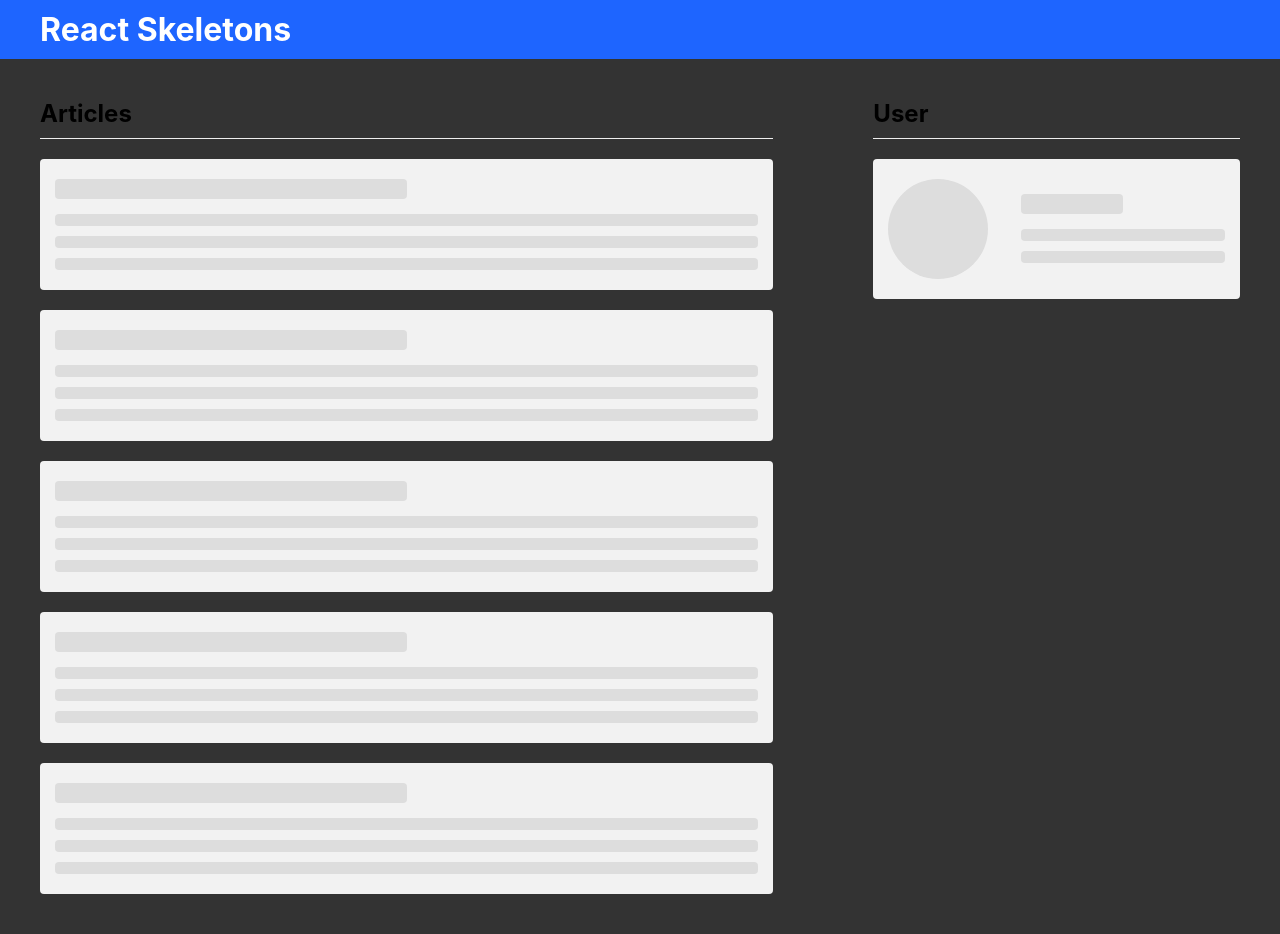
Repository: hwangstar156/React-skeleton-image
Page: /
The author's editor kept a copy of each file at every save. The page is drawn from the files as they stood at one save, then again after the next save.
The browser window is 1280 px wide. The pictures show the whole page.
The page's requests for data from a server got no answer. The project was rebuilt for these pictures with package versions that can differ from the ones it lists, and the page was loaded fresh each time. No one was signed in, and anything a server would have sent is missing.

Above is the page before, as saved 2021-10-02 02:12:41.

### src/index.css
body {
  margin: 0;
  font-family: -apple-system, BlinkMacSystemFont, 'Segoe UI', 'Roboto', 'Oxygen',
    'Ubuntu', 'Cantarell', 'Fira Sans', 'Droid Sans', 'Helvetica Neue',
    sans-serif;
  -webkit-font-smoothing: antialiased;
  -moz-osx-font-smoothing: grayscale;
}

code {
  font-family: source-code-pro, Menlo, Monaco, Consolas, 'Courier New',
    monospace;
}

header {
  background : #1e65ff;
  padding : 10px;
}

header h1 {
  color : white;
  max-width: 1200px;
  margin : 0 auto;
}

h2 {
  padding-bottom : 10px;
  border-bottom: 1px solid #eee;
}

.content {
  width : 100%;
  max-width: 1200px;
  margin: 0 auto;
  padding : 20px;
  display: grid;
  grid-template-columns: 2fr 1fr;
  gap : 100px;
}

### src/App.js
import React from "react";

import Articles from "./component/Article";
import User from "./component/User";
function App() {
  return (
    <div className="App">
      <header>
        <h1>React Skeletons</h1>
      </header>
      <div className="content">
        <Articles />
        <User />
      </div>
    </div>
  );
}

export default App;

### src/component/Article.js
import React, { useEffect, useState } from "react";
import SkeletonArticle from "../skeletons/Skeleton.articles";

const Articles = () => {
  const [articles, setArticles] = useState(null);

  useEffect(() => {
    setTimeout(async () => {
      const res = await fetch("https://jsonplaceholder.typicode.com/posts");
      const data = await res.json();
      setArticles(data);
    }, 5000);
  }, []);
  return (
    <div className="articles">
      <h2>Articles</h2>

      {articles &&
        articles.map((article) => (
          <div className="article" key={article.id}>
            <h3>{article.title}</h3>
            <p>{article.body}</p>
          </div>
        ))}
      {!articles && [1, 2, 3, 4, 5].map((n) => <SkeletonArticle key={n} />)}
    </div>
  );
};

export default Articles;

### src/component/User.js
import React, { useState, useEffect } from "react";
import SkeletonProfile from "../skeletons/skeleton.profile";

const User = () => {
  const [profile, setProfile] = useState(null);

  useEffect(() => {
    setTimeout(async () => {
      const res = await fetch("https://jsonplaceholder.typicode.com/users/1");
      const data = await res.json();
      setProfile(data);
    }, 5000);
  }, []);
  return (
    <div className="user">
      <h2>User</h2>
      {profile && (
        <div className="profile" key={profile.id}>
          <h3>{profile.username}</h3>
          <p>{profile.email}</p>
          <a href={profile.website}>{profile.website}</a>
        </div>
      )}

      {!profile && <SkeletonProfile />}
    </div>
  );
};

export default User;

### src/skeletons/Skeleton.articles.js
import React from "react";
import Shimmer from "./Shimmer";
import SkeletonElement from "./skeleton.element";

const SkeletonArticle = ({ theme }) => {
  const themeClass = theme || "light";
  return (
    <div className={`skeleton-wrapper ${themeClass}`}>
      <div className="skeleton-article">
        <SkeletonElement type="title" />
        <SkeletonElement type="text" />
        <SkeletonElement type="text" />
        <SkeletonElement type="text" />
      </div>
      <Shimmer />
    </div>
  );
};

export default SkeletonArticle;

### src/skeletons/skeleton.profile.js
import React from "react";
import SkeletonElement from "./skeleton.element";
const SkeletonProfile = ({ theme }) => {
  const themeClass = theme || "light";
  return (
    <div className={`skeleton-wrapper ${themeClass}`}>
      <div className="skeleton-profile">
        <div>
          <SkeletonElement type="avatar" />
        </div>
        <div>
          <SkeletonElement type="title" />
          <SkeletonElement type="text" />
          <SkeletonElement type="text" />
        </div>
      </div>
    </div>
  );
};

export default SkeletonProfile;

### src/skeletons/Shimmer.js
import React from "react";

const Shimmer = () => {
  return (
    <div className="shimmer-wrapper">
      <div className="shimmer"></div>
    </div>
  );
};

export default Shimmer;

### src/skeletons/skeleton.element.js
import React from "react";
import "./skeleton.css";
const SkeletonElement = ({ type }) => {
  const classes = `skeleton ${type}`;
  return <div className={classes}></div>;
};

export default SkeletonElement;

### src/skeletons/skeleton.css
/* basic styles */
body {
    background: #333;
}
.skeleton {
    background: #ddd;
    margin : 10px 0;
    border-radius: 4px;

}

.skeleton.text {
    width : 100%;
    height : 12px;
}

.skeleton.title {
    width: 50%;
    height: 20px;
    margin-bottom: 15px;
}

.skeleton.avatar{
    width: 100px;
    height: 100px;
    border-radius: 50%;
}

.skeleton.thumbnail {
    width: 100px;
    height : 100px;
}

.skeleton-wrapper {
    margin: 20px auto;
    padding : 10px 15px;
    border-radius: 4px;

    overflow: hidden;
    position: relative;
}

/* skeleton profile */

.skeleton-profile {
    display : grid;
    grid-template-columns: 1fr 2fr;
    gap : 30px;
    align-items: center;
}

.skeleton-wrapper.light {
    background: #f2f2f2;
}

.skeleton-wrapper.dark {
    background: #444;
}

.skeleton-wrapper.dark .skeleton {
    background: #777;
}

/* animation */

.shimmer-wrapper {
    position : absolute;
    top: 0;
    left : 0;
    width : 100%;
    height : 100%;
    animation: loading 2.5s infinite;
}

.shimmer {
    width : 50%;
    height: 100%;
    background-color: rgba(255,255,255,0.3);
    transform: skewX(-20deg);
}

@keyframes loading {
    0% {
      transform: translateX(-150%);
    }
    50% {
      transform: translateX(-60%);
    }
    100% {
      transform: translate(150%);
    }
  }

Loaded but not shown: public/index.html (common file); src/index.js (common file)

After the next save:
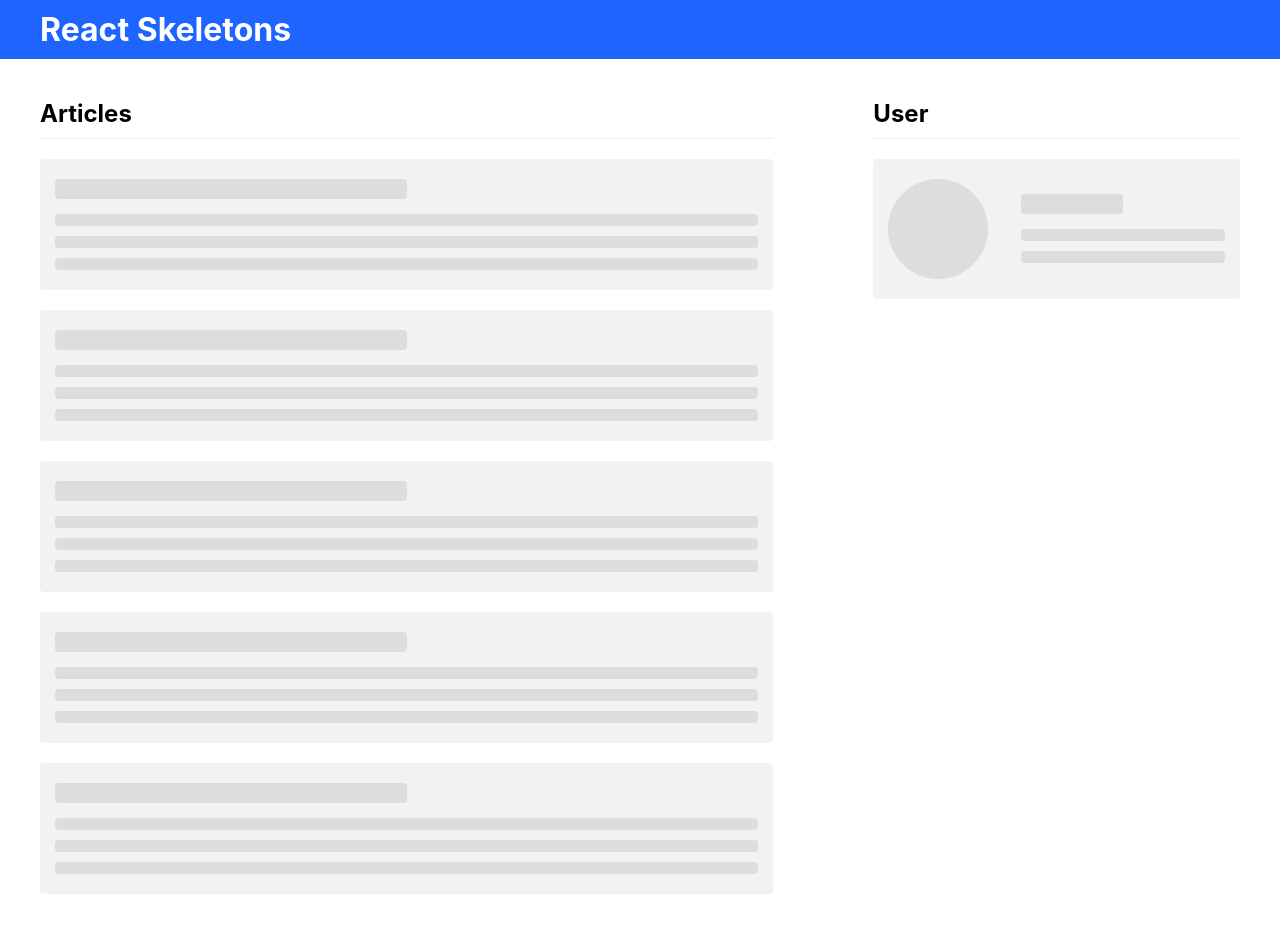
Saved 19 s later.
--- a/src/skeletons/skeleton.css
+++ b/src/skeletons/skeleton.css
@@ -1,7 +1,5 @@
 /* basic styles */
-body {
-    background: #333;
-}
+
 .skeleton {
     background: #ddd;
     margin : 10px 0;
